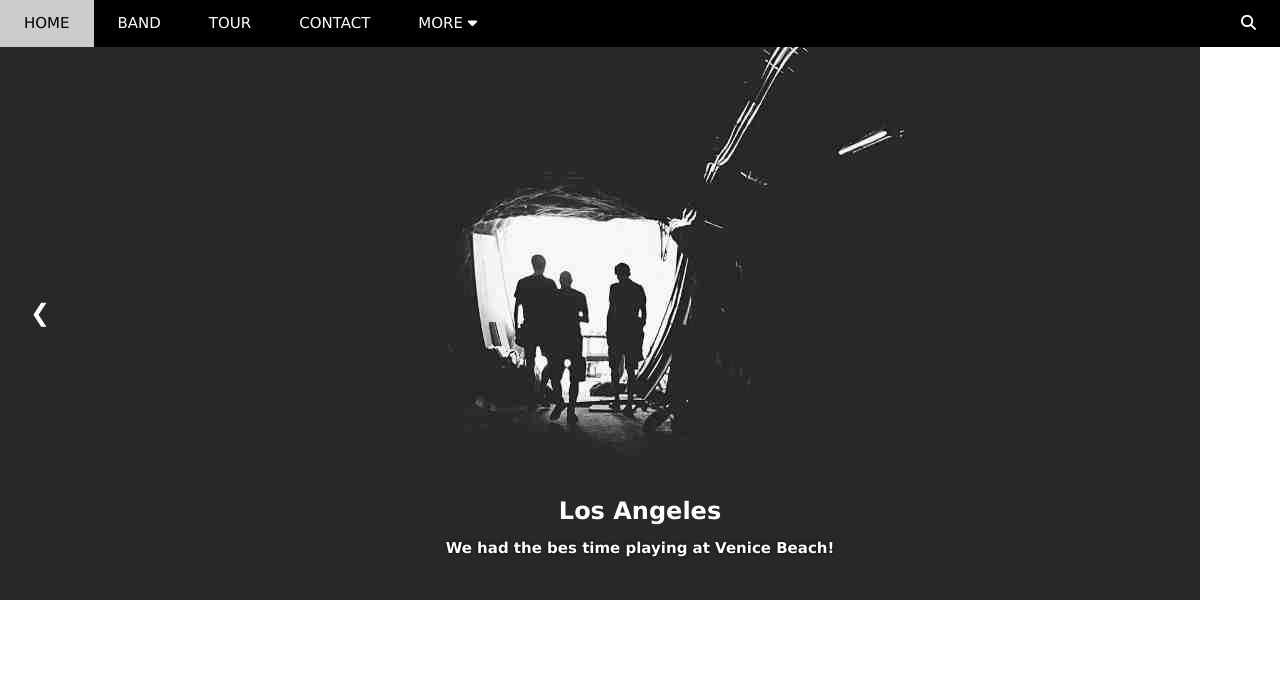
Repository: tam1512/The-Band
Page: index.html
The author's editor kept a copy of each file at every save. The page is drawn from the files as they stood at one save, then again after the next save.
The browser window is 1280 px wide. The pictures show the whole page.
Some web libraries are served in a nearby version.

Above is the page before, as saved 2022-07-23 09:34:11.

After the next save:
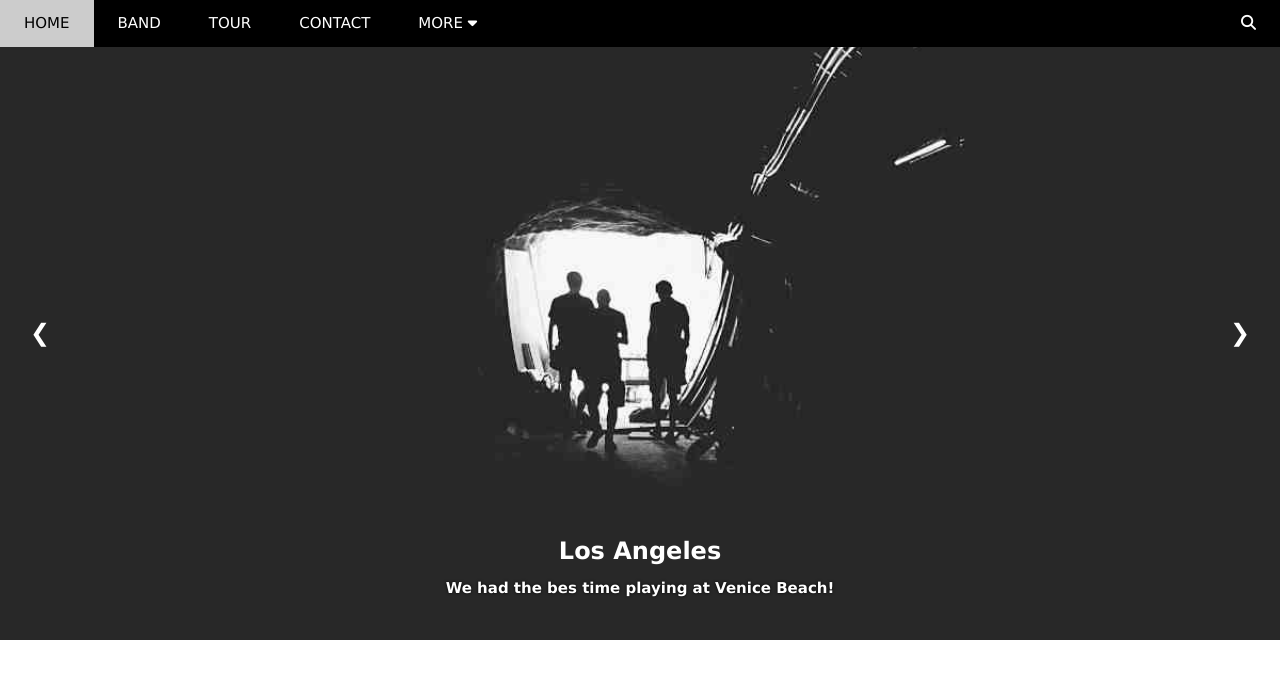
Saved 15 s later.
--- a/assets/css/style.css
+++ b/assets/css/style.css
@@ -141,7 +141,7 @@ li.header_nav_dropdown {
   display: block;
 }
 
-.slider_slides_cont img {
+.slider_slides-cont img {
   width: 100%;
   height: 100%;
 }
